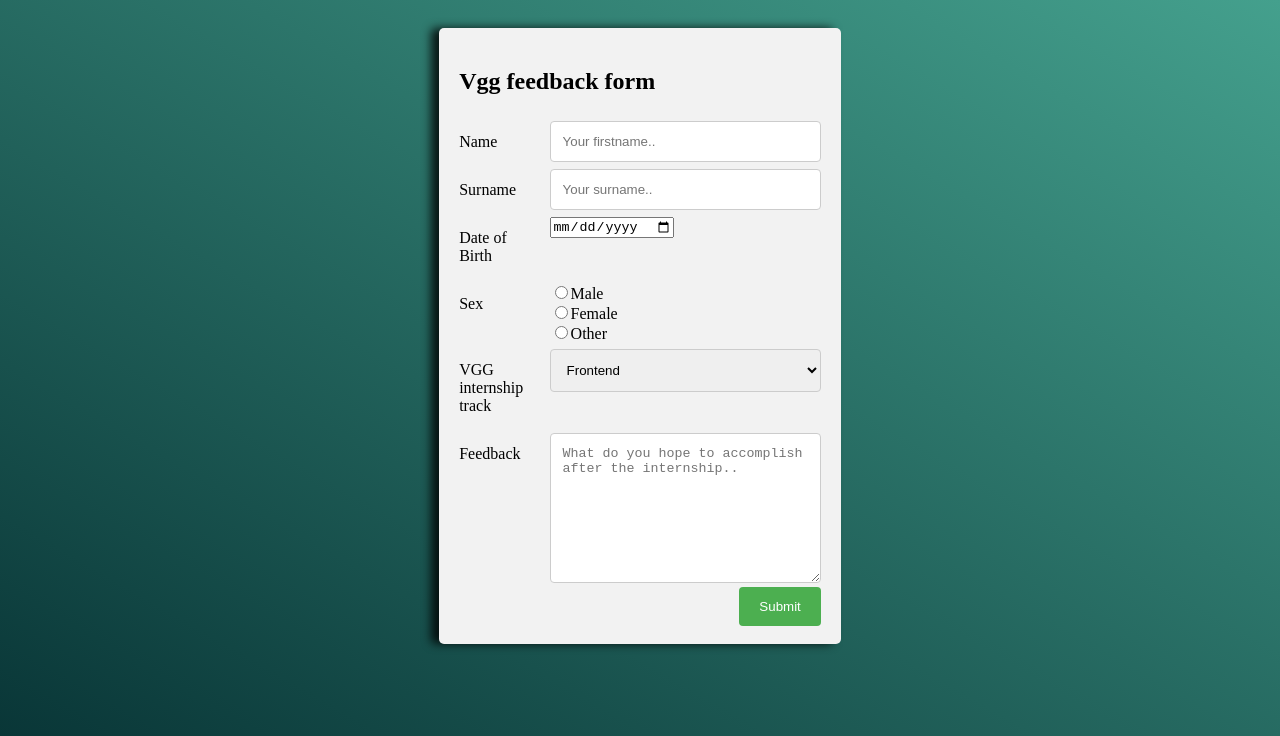
Repository: iphyokafor/VGG-Feedback-form
Page: index2.html
An editor plug-in stored every save of this project. The page is shown before and after the next save, followed by the edit.
The browser window is 1280 px wide. The pictures show the whole page.

Above is the page before, as saved 2020-01-13 01:02:49.

After the next save:
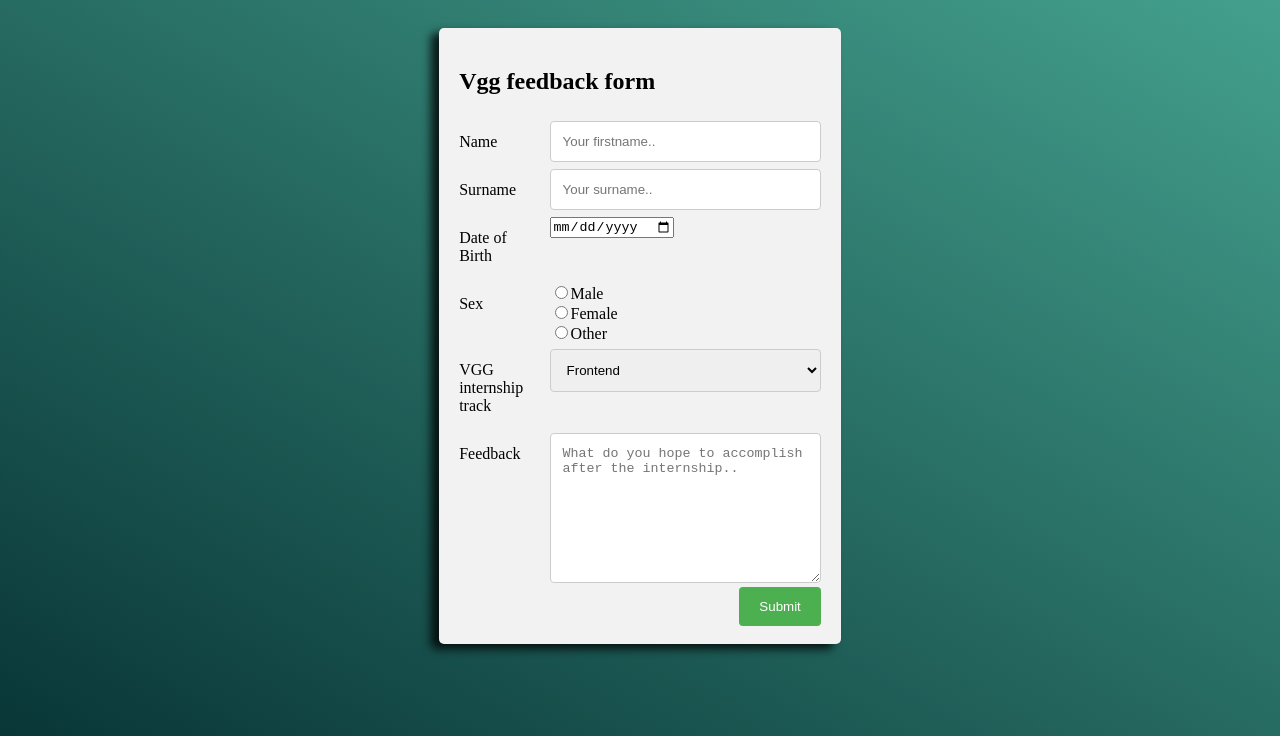
Saved 38 s later.
--- a/main.css
+++ b/main.css
@@ -55,7 +55,7 @@ label {
     border-radius: 5px;
     background-color: #f2f2f2;
     padding: 20px;
-    box-shadow: -8px 0px 10px rgba(0, 0, 0, 0.8);
+    box-shadow: -8px 5px 10px rgba(0, 0, 0, 0.8);
     transition: border 0.15s linear 0s, linear 0s, color 0.15s linear 0s;
 }
 
